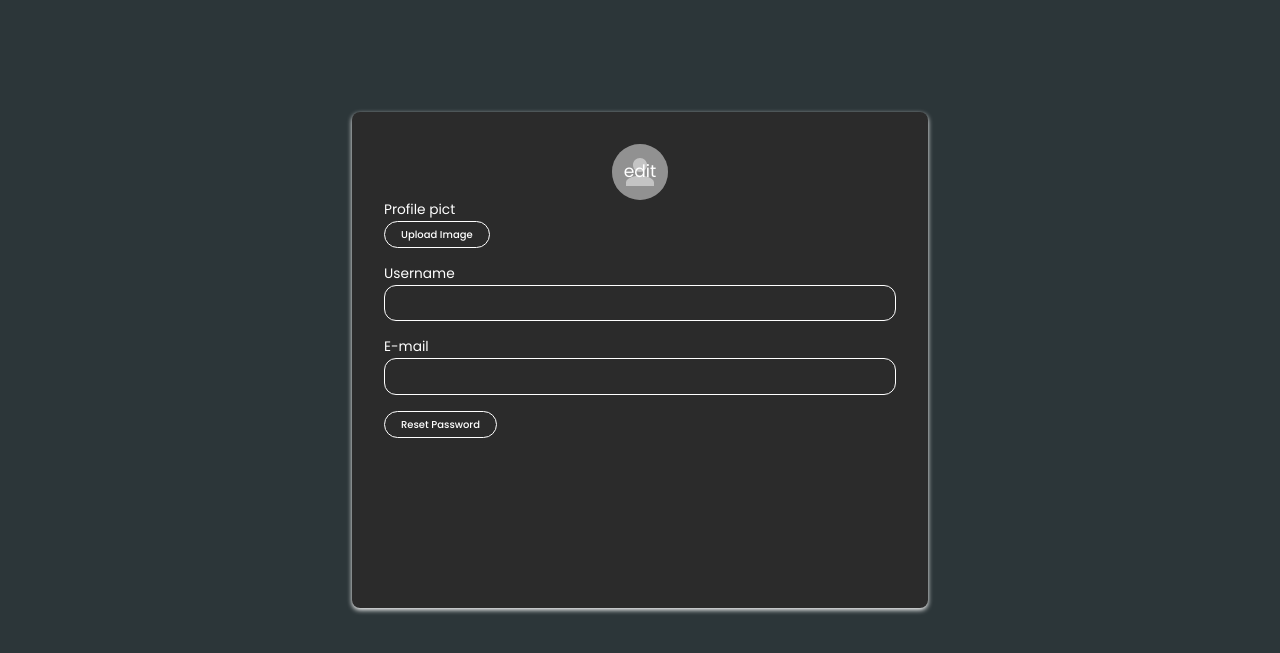
Repository: IzzaSuni/Izza-ToDo
Page: /publicNote/Private/profile
An editor plug-in stored every save of this project. The page is shown before and after the next save, followed by the edit.
The browser window is 1280 px wide. The pictures show the whole page.
The project was rebuilt for these pictures with package versions that can differ from the ones it lists, and the page was loaded fresh each time. Also part of the build but not shown: src/App.css, src/services.js, src/components/List.js, src/components/Filter.js, src/components/ohayo.js, src/utils/Query.js, src/components/navbar.js, src/components/MainPage.js and 4 more.

Above is the page before, as saved 2022-08-23 22:36:21.

After the next save:
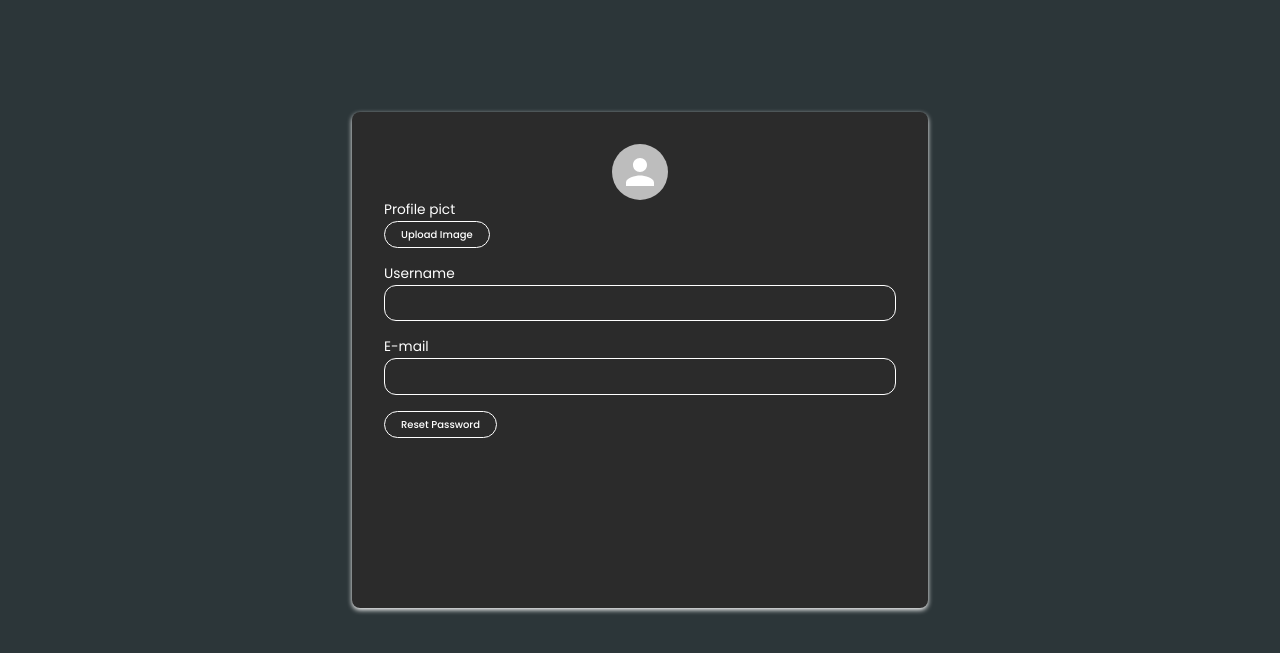
Saved 14 s later.
--- a/src/index.css
+++ b/src/index.css
@@ -110,7 +110,7 @@ input#searchBar {
 #buttonUpload ~ div {
   display: none;
 }
-#halo::after {
+#halo:hover::after {
   content: "edit";
   color: "black";
   z-index: 10;
